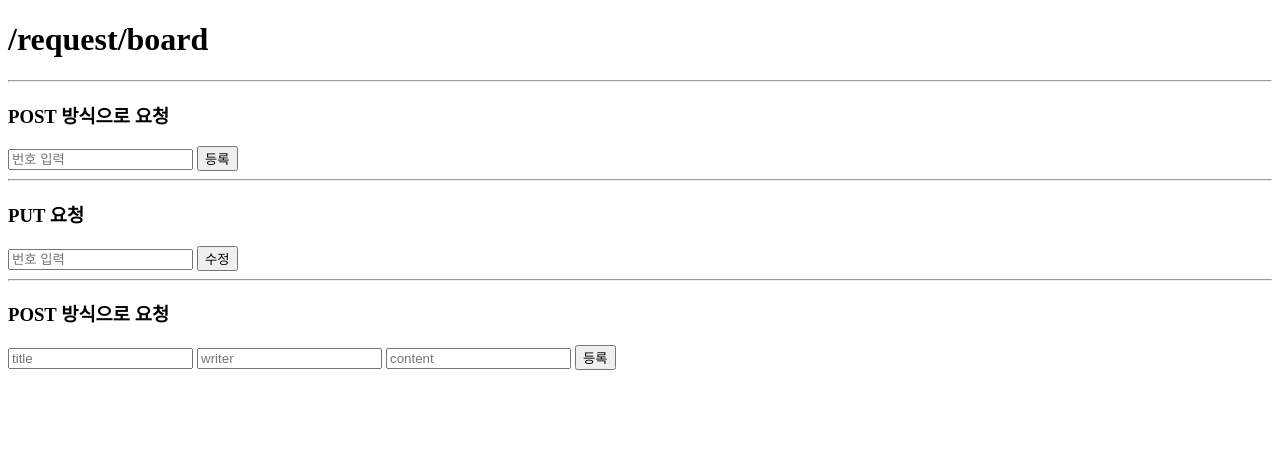
Repository: xegenie/Spring
Page: http://localhost/spring-mvc/request/board
An editor plug-in stored every save of this project. The page is shown before and after the next save, followed by the edit.
The browser window is 1280 px wide. The pictures show the whole page.
The page is served by Tomcat 9.

Above is the page before, as saved 2024-11-07 06:01:50.

After the next save:
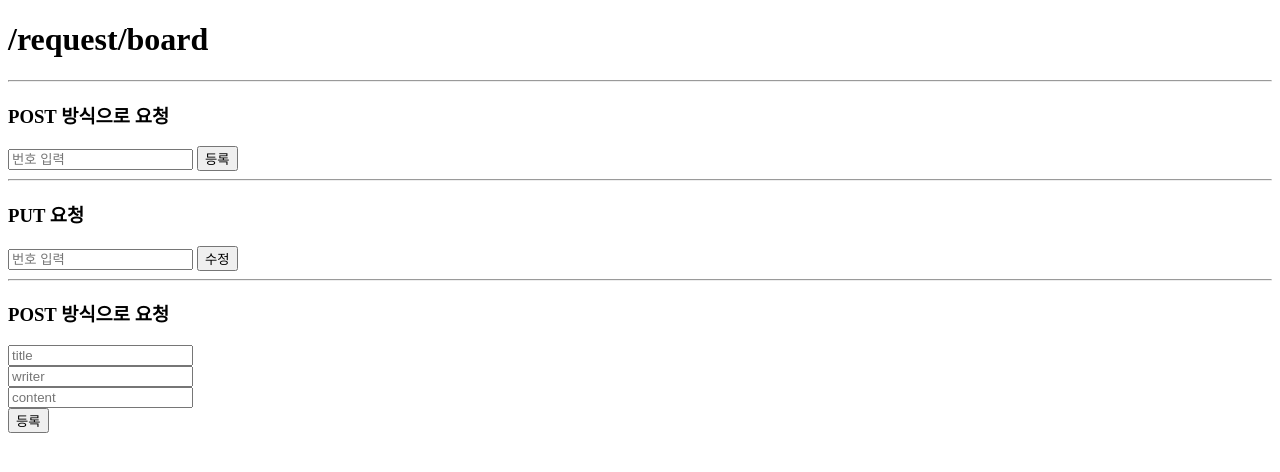
Saved 45 s later.
--- a/spring-mvc/src/main/webapp/WEB-INF/views/request/board.jsp
+++ b/spring-mvc/src/main/webapp/WEB-INF/views/request/board.jsp
@@ -31,9 +31,9 @@
 	<hr>
 	<h3>POST 방식으로 요청</h3>
 	<form action="<%= request.getContextPath()%>/request/body" method="post">
-		<input type="text" name="title" placeholder="title" />
-		<input type="text" name="writer" placeholder="writer" />
-		<input type="text" name="content" placeholder="content" />
+		<input type="text" name="title" placeholder="title" /> <br>
+		<input type="text" name="writer" placeholder="writer" /> <br>
+		<input type="text" name="content" placeholder="content" /> <br>
 		<input type="submit" value="등록" />
 	</form>
 
